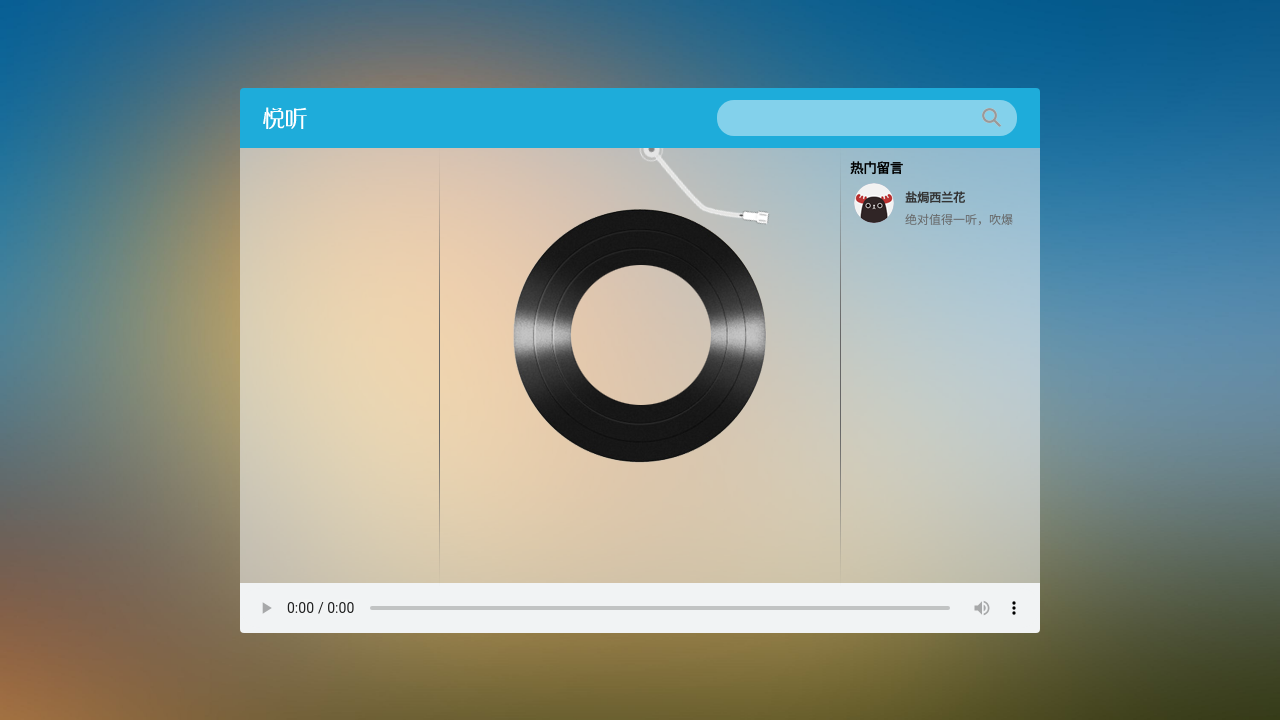
Repository: Hutch-Williams/vue-
Page: demo-悦听player/模板.html
These files come from the project's save history. The page is drawn as it stood at one moment and after the next save; the edit follows.
The browser window is 1280 px wide. The pictures show the whole page.

Above is the page before, as saved 2020-07-06 05:37:15.

### demo-悦听player/模板.html
<!DOCTYPE html>
<html lang="en">

<head>
  <meta charset="UTF-8" />
  <meta name="viewport" content="width=device-width, initial-scale=1.0" />
  <meta http-equiv="X-UA-Compatible" content="ie=edge" />
  <title>悦听player</title>
  <!-- 样式 -->
  <link rel="stylesheet" href="./css/index.css">
</head>

<body>
  <div class="wrap">
    <!-- 播放器主体区域 -->
    <div class="play_wrap" id="player">
      <div class="search_bar">
        <img src="images/player_title.png" alt="" />
        <!-- 搜索歌曲 -->
        <input type="text" autocomplete="off" v-model="query" @keyup.enter="searchMusic" />
      </div>
      <div class="center_con">
        <!-- 搜索歌曲列表 -->
        <!-- 在li标签中用v-for循环遍历获取musicList中的数据，并用{{ item.name}}显示歌名 -->
        <div class='song_wrapper'>
          <ul class="song_list" >
           <li v-for='item in musicList'>
             <!-- 点击放歌 将item.id作为参数导入到playMusic函数中-->
             <a href="javascript:;" @click="playMusic(item.id)"></a>
              <b>{{ item.name}}</b>
               <span><i></i></span>
              </li>
          </ul>
          <img src="images/line.png" class="switch_btn" alt="">
        </div>
        <!-- 歌曲信息容器 -->
        <div class="player_con" class="playing">
          <img src="images/player_bar.png" class="play_bar" />
          <!-- 黑胶碟片 将封面的地址绑定musicCover来获取封面地址 -->
          <img src="images/disc.png" class="disc autoRotate" />
          <img :src="musicCover" class="cover autoRotate" />
        </div>
        <!-- 评论容器 -->
        <div class="comment_wrapper">
          <h5 class='title'>热门留言</h5>
          <div class='comment_list'>
            <dl >
              <dt><img src="./images/person.png" alt=""></dt>
              <dd class="name">盐焗西兰花</dd>
              <dd class="detail">
                绝对值得一听，吹爆
              </dd>
            </dl>
          </div>
          <img src="images/line.png" class="right_line">
        </div>
      </div>
      <div class="audio_con">
        <!-- 用v-bind缩写' : ' 来绑定musicUrl数据获取url -->
        <audio ref='audio'  :src="musicUrl" controls autoplay loop class="myaudio"></audio>
      </div>
      <div class="video_con"  style="display: none;">
        <video  controls="controls"></video>
        <div class="mask" ></div>
      </div>
    </div>
  </div>
  <!-- 开发环境版本，包含了有帮助的命令行警告 -->
  <script src="https://cdn.jsdelivr.net/npm/vue/dist/vue.js"></script>
  <!-- 官网提供的 axios 在线地址 -->
  <script src="https://unpkg.com/axios/dist/axios.min.js"></script>
  <!-- 导入自己的js -->
<script src="./js/main-backup.js"></script>
</body>

</html>

### demo-悦听player/css/index.css
body,
ul,
dl,
dd {
  margin: 0px;
  padding: 0px;
}

.wrap {
  position: fixed;
  left: 0;
  top: 0;
  width: 100%;
  height: 100%;
  background: url("../images/bg.jpg") no-repeat;
  background-size: 100% 100%;
}

.play_wrap {
  width: 800px;
  height: 544px;
  position: fixed;
  left: 50%;
  top: 50%;
  margin-left: -400px;
  margin-top: -272px;
  /* background-color: #f9f9f9; */
}

.search_bar {
  height: 60px;
  background-color: #1eacda;
  border-top-left-radius: 4px;
  border-top-right-radius: 4px;
  display: flex;
  align-items: center;
  justify-content: space-between;
  position: relative;
  z-index: 11;
}

.search_bar img {
  margin-left: 23px;
}

.search_bar input {
  margin-right: 23px;
  width: 296px;
  height: 34px;
  border-radius: 17px;
  border: 0px;
  background: url("../images/zoom.png") 265px center no-repeat
    rgba(255, 255, 255, 0.45);
  text-indent: 15px;
  outline: none;
}

.center_con {
  height: 435px;
  background-color: rgba(255, 255, 255, 0.5);
  display: flex;
  position: relative;
}

.song_wrapper {
  width: 200px;
  height: 435px;
  box-sizing: border-box;
  padding: 10px;
  list-style: none;
  position: absolute;
  left: 0px;
  top: 0px;
  z-index: 1;
}

.song_stretch {
  width: 600px;
}

.song_list {
  width: 100%;
  overflow-y: auto;
  overflow-x: hidden;
  height: 100%;
}
.song_list::-webkit-scrollbar {
  display: none;
}

.song_list li {
  font-size: 12px;
  color: #333;
  height: 40px;
  display: flex;
  flex-wrap: wrap;
  align-items: center;
  width: 580px;
  padding-left: 10px;
}

.song_list li:nth-child(odd) {
  background-color: rgba(240, 240, 240, 0.3);
}

.song_list li a {
  display: block;
  width: 17px;
  height: 17px;
  background-image: url("../images/play.png");
  background-size: 100%;
  margin-right: 5px;
  box-sizing: border-box;
}

.song_list li b {
  font-weight: normal;
  width: 122px;
  overflow: hidden;
  text-overflow: ellipsis;
  white-space: nowrap;
}

.song_stretch .song_list li b {
  width: 200px;
}

.song_stretch .song_list li em {
  width: 150px;
}

.song_list li span {
  width: 23px;
  height: 17px;
  margin-right: 50px;
}
.song_list li span i {
  display: block;
  width: 100%;
  height: 100%;
  cursor: pointer;
  background: url("../images/table.png") left -48px no-repeat;
}

.song_list li em,
.song_list li i {
  font-style: normal;
  width: 100px;
}

.player_con {
  width: 400px;
  height: 435px;
  position: absolute;
  left: 200px;
  top: 0px;
}

.player_con2 {
  width: 400px;
  height: 435px;
  position: absolute;
  left: 200px;
  top: 0px;
}

.player_con2 video {
  position: absolute;
  left: 20px;
  top: 30px;
  width: 355px;
  height: 265px;
}

.disc {
  position: absolute;
  left: 73px;
  top: 60px;
  z-index: 9;
}
.cover {
  position: absolute;
  left: 125px;
  top: 112px;
  width: 150px;
  height: 150px;
  border-radius: 75px;
  z-index: 8;
}
.comment_wrapper {
  width: 180px;
  height: 435px;
  list-style: none;
  position: absolute;
  left: 600px;
  top: 0px;
  padding: 25px 10px;
}
.comment_wrapper .title {
  position: absolute;
  top: 0;
  margin-top: 10px;
}
.comment_wrapper .comment_list {
  overflow: auto;
  height: 410px;
}
.comment_wrapper .comment_list::-webkit-scrollbar {
  display: none;
}
.comment_wrapper dl {
  padding-top: 10px;
  padding-left: 55px;
  position: relative;
  margin-bottom: 20px;
}

.comment_wrapper dt {
  position: absolute;
  left: 4px;
  top: 10px;
}

.comment_wrapper dt img {
  width: 40px;
  height: 40px;
  border-radius: 20px;
}

.comment_wrapper dd {
  font-size: 12px;
}

.comment_wrapper .name {
  font-weight: bold;
  color: #333;
  padding-top: 5px;
}

.comment_wrapper .detail {
  color: #666;
  margin-top: 5px;
  line-height: 18px;
}
.audio_con {
  height: 50px;
  background-color: #f1f3f4;
  border-bottom-left-radius: 4px;
  border-bottom-right-radius: 4px;
}
.myaudio {
  width: 800px;
  height: 40px;
  margin-top: 5px;
  outline: none;
  background-color: #f1f3f4;
}
/* 旋转的动画 */
@keyframes Rotate {
  from {
    transform: rotateZ(0);
  }
  to {
    transform: rotateZ(360deg);
  }
}
/* 旋转的类名 */
.autoRotate {
  animation-name: Rotate;
  animation-iteration-count: infinite;
  animation-play-state: paused;
  animation-timing-function: linear;
  animation-duration: 5s;
}
/* 是否正在播放 */
.player_con.playing .disc,
.player_con.playing .cover {
  animation-play-state: running;
}

.play_bar {
  position: absolute;
  left: 200px;
  top: -10px;
  z-index: 10;
  transform: rotate(-25deg);
  transform-origin: 12px 12px;
  transition: 1s;
}
/* 播放杆 转回去 */
.player_con.playing .play_bar {
  transform: rotate(0);
}
/* 搜索历史列表 */
.search_history {
  position: absolute;
  width: 296px;
  overflow: hidden;
  background-color: rgba(255, 255, 255, 0.3);
  list-style: none;
  right: 23px;
  top: 50px;
  box-sizing: border-box;
  padding: 10px 20px;
  border-radius: 17px;
}
.search_history li {
  line-height: 24px;
  font-size: 12px;
  cursor: pointer;
}
.switch_btn {
  position: absolute;
  right: 0;
  top: 0;
  cursor: pointer;
}
.right_line {
  position: absolute;
  left: 0;
  top: 0;
}
.video_con video {
  position: fixed;
  width: 800px;
  height: 546px;
  left: 50%;
  top: 50%;
  margin-top: -273px;
  transform: translateX(-50%);
  z-index: 990;
}
.video_con .mask {
  position: fixed;
  width: 100%;
  height: 100%;
  left: 0;
  top: 0;
  z-index: 980;
  background-color: rgba(0, 0, 0, 0.8);
}
.video_con .shutoff {
  position: fixed;
  width: 40px;
  height: 40px;
  background: url("../images/shutoff.png") no-repeat;
  left: 50%;
  margin-left: 400px;
  margin-top: -273px;
  top: 50%;
  z-index: 995;
}

### demo-悦听player/js/main-backup.js
/*
1:歌曲搜索接口
请求地址:https://autumnfish.cn/search
请求方法:get
请求参数:keywords(查询关键字)
响应内容:歌曲搜索结果

2:歌曲url获取接口
    请求地址:https://autumnfish.cn/song/url
    请求方法:get
    请求参数:id(歌曲id)
    响应内容:歌曲url地址

3.歌曲详情获取
    请求地址:https://autumnfish.cn/song/detail
    请求方法:get
    请求参数:ids(歌曲id)
    响应内容:歌曲详情(包括封面信息)

4.热门评论获取
    请求地址:https://autumnfish.cn/comment/hot?type=0
    请求方法:get
    请求参数:id(歌曲id,地址中的type固定为0)
    响应内容:歌曲的热门评论
*/

var app = new Vue ({
    data:{
        //查询关键字
      query:'',
      //歌曲数组
      musicList:[],
      //歌曲地址
      musicUrl:'',
      //歌曲封面地址
      musicCover:'',
      //歌曲热门评论
      hotComments:'',
    },

    methods:{
        //歌曲搜索
        searchMusic(){
            axios.get('https://autumnfish.cn/search?keywords='+this.query)
            .then( (response) => {/* 用箭头函数确保this指向，将从接口获取的数据存入musicList中*/
                // console.log(response);
                this.musicList = response.data.result.songs;

            })
            .catch( function(err){})
        },

        //歌曲播放
        playMusic(musicId){ /* 这里我们在模板html中用item.id将歌曲的id信息传入 */
            axios.get('https://autumnfish.cn/song/url?id=' +musicId)
            .then( (response) => {/* 用指定id获取对应歌曲的信息，我们发现不同歌曲其实调用的就是不同url*/
                // console.log(response);
                this.musicUrl = response.data.data[0].url;/*将不同歌曲的url导入到musicUrl中*/
            })
            .catch(function (err) {

            })

        //歌曲详情获取
            axios.get('https://autumnfish.cn/song/detail?ids='+musicId)
            .then( (response) => {/* 将获取到的封面地址信息传递到musicCover参数中 */
                // console.log(response);
                this.musicCover = response.data.songs[0].al.picUrl;
            })
            .catch( function(err) {

            })
        //歌曲评论获取 这里有type=0和id两个参数，用&拼接
            axios.get('https://autumnfish.cn/comment/hot?type=0&id='+musicId)
            .then( (response) =>{
                console.log(response);
                this.hotComments = response.data.hotComments;
            })
            .catch(function(err){

            })
        },


    },

}).$mount('#player')

After the next save:
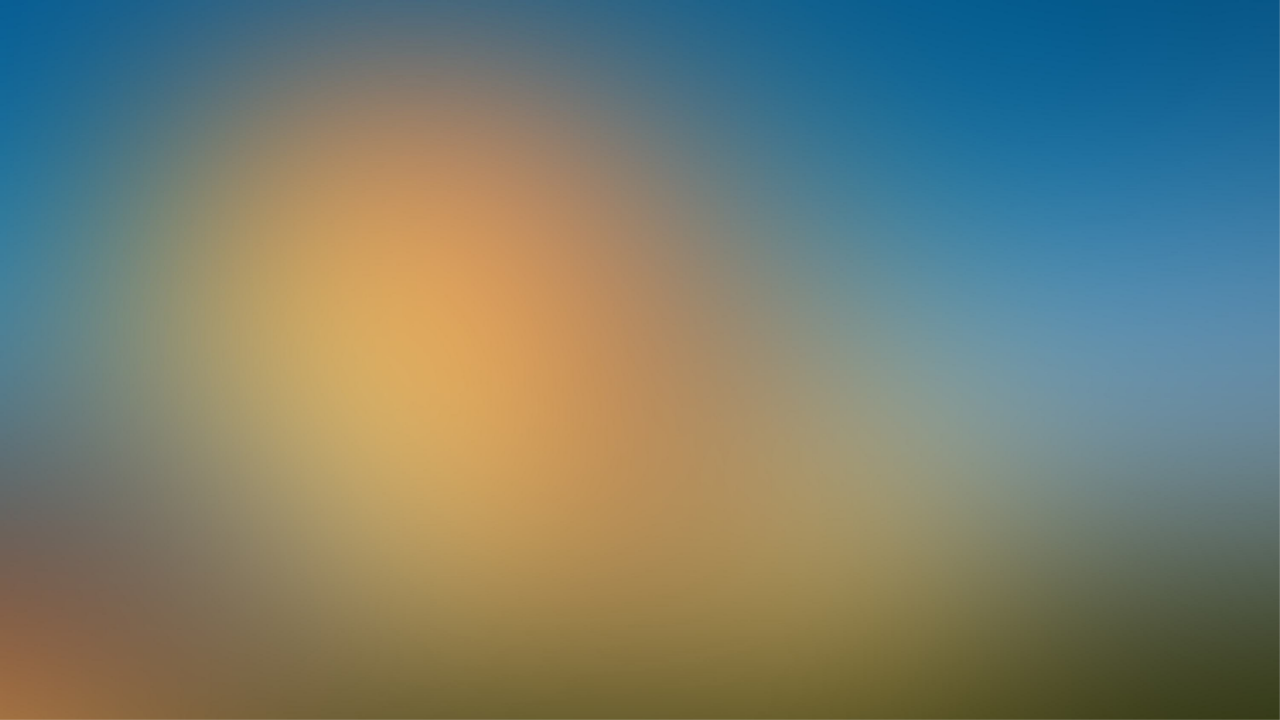
Saved 68 s later.
--- a/demo-悦听player/模板.html
+++ b/demo-悦听player/模板.html
@@ -45,7 +45,7 @@
           <h5 class='title'>热门留言</h5>
           <div class='comment_list'>
             <dl >
-              <dt><img src="./images/person.png" alt=""></dt>
+              <dt><img :src="./images/person.png" alt=""></dt>
               <dd class="name">盐焗西兰花</dd>
               <dd class="detail">
                 绝对值得一听，吹爆

After the 2 saves that followed:
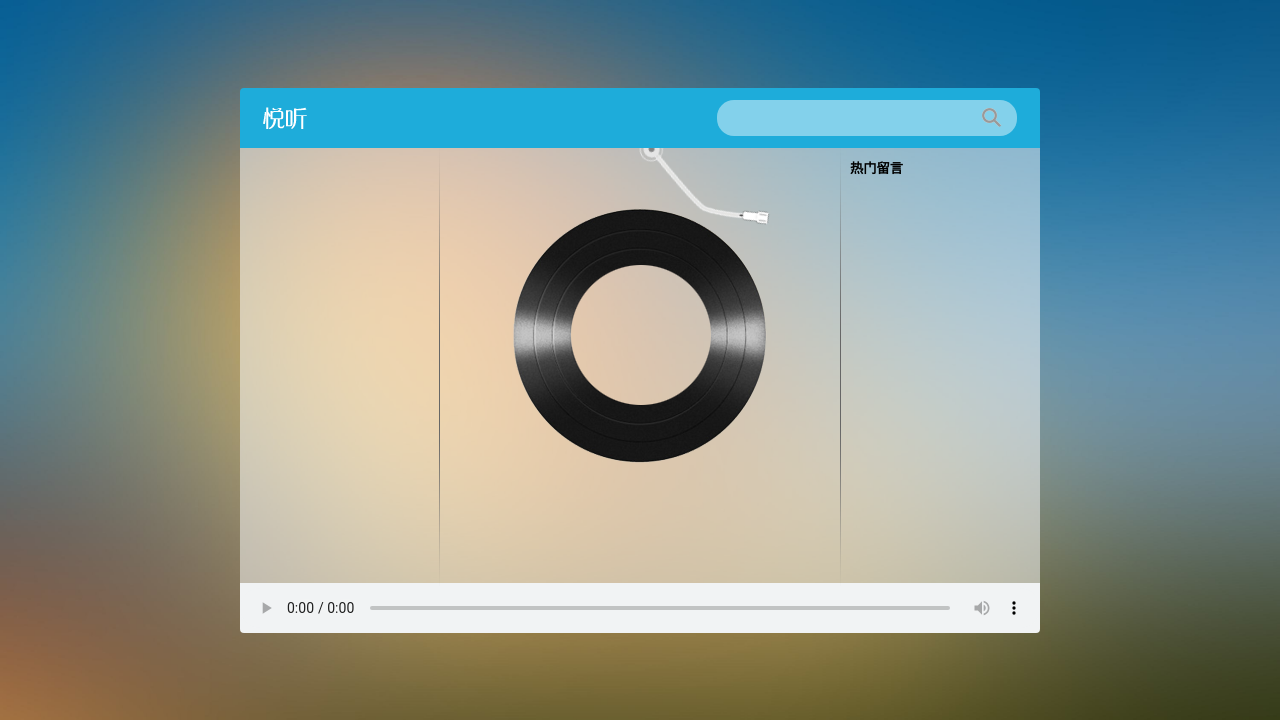
The 2 saves are shown as one change because 1 left the picture as it was.
The last was saved 2 min 25 s later.
--- a/demo-悦听player/模板.html
+++ b/demo-悦听player/模板.html
@@ -44,11 +44,11 @@
         <div class="comment_wrapper">
           <h5 class='title'>热门留言</h5>
           <div class='comment_list'>
-            <dl >
-              <dt><img :src="./images/person.png" alt=""></dt>
-              <dd class="name">盐焗西兰花</dd>
+            <dl v-for='item in hotComments'>
+              <dt><img :src="item.avatarUrl" alt=""></dt>
+              <dd class="name">{{ item.nickname}}</dd>
               <dd class="detail">
-                绝对值得一听，吹爆
+                {{item.content}}
               </dd>
             </dl>
           </div>
